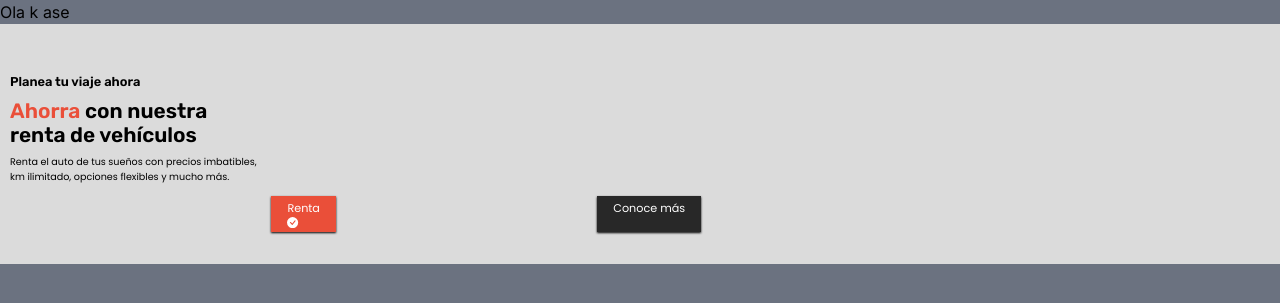
Repository: aldovelacasas/PF_RentCar2
Page: /homePage
An editor plug-in stored every save of this project. The page is shown before and after the next save, followed by the edit.
The browser window is 1280 px wide. The pictures show the whole page.
The project was rebuilt for these pictures with package versions that can differ from the ones it lists, and the page was loaded fresh each time. The framework's server and built-in components were replaced by stand-ins that run in the browser. Also part of the build but not shown: next.config.js.

Above is the page before, as saved 2023-08-29 19:31:50.

After the next save:
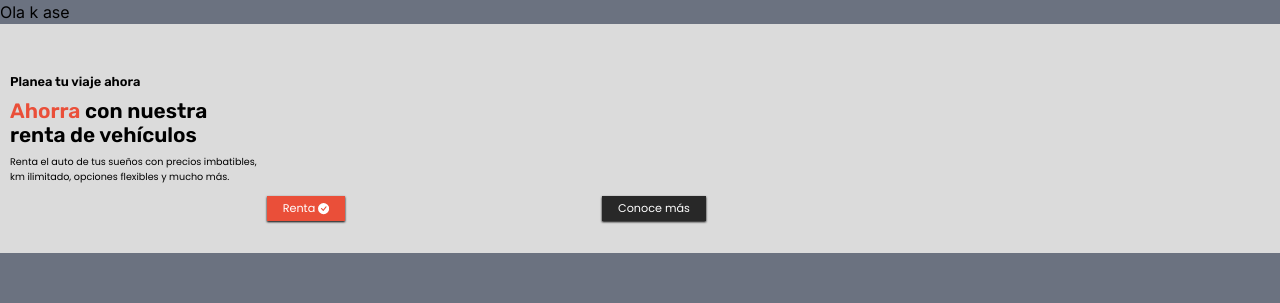
Saved 6 s later.
--- a/src/app/homePage/page.jsx
+++ b/src/app/homePage/page.jsx
@@ -33,7 +33,7 @@ function HomePage() {
           <a
             href="#form"
             className={`bg-naranja_enf text-white text-[0.7em] px-4 py-1 ${poppins} shadow-sm shadow-black`}>
-            Renta <BsCheckCircleFill className="block" />
+            Renta <BsCheckCircleFill className="inline" />
           </a>
           <a
             href="#form"
